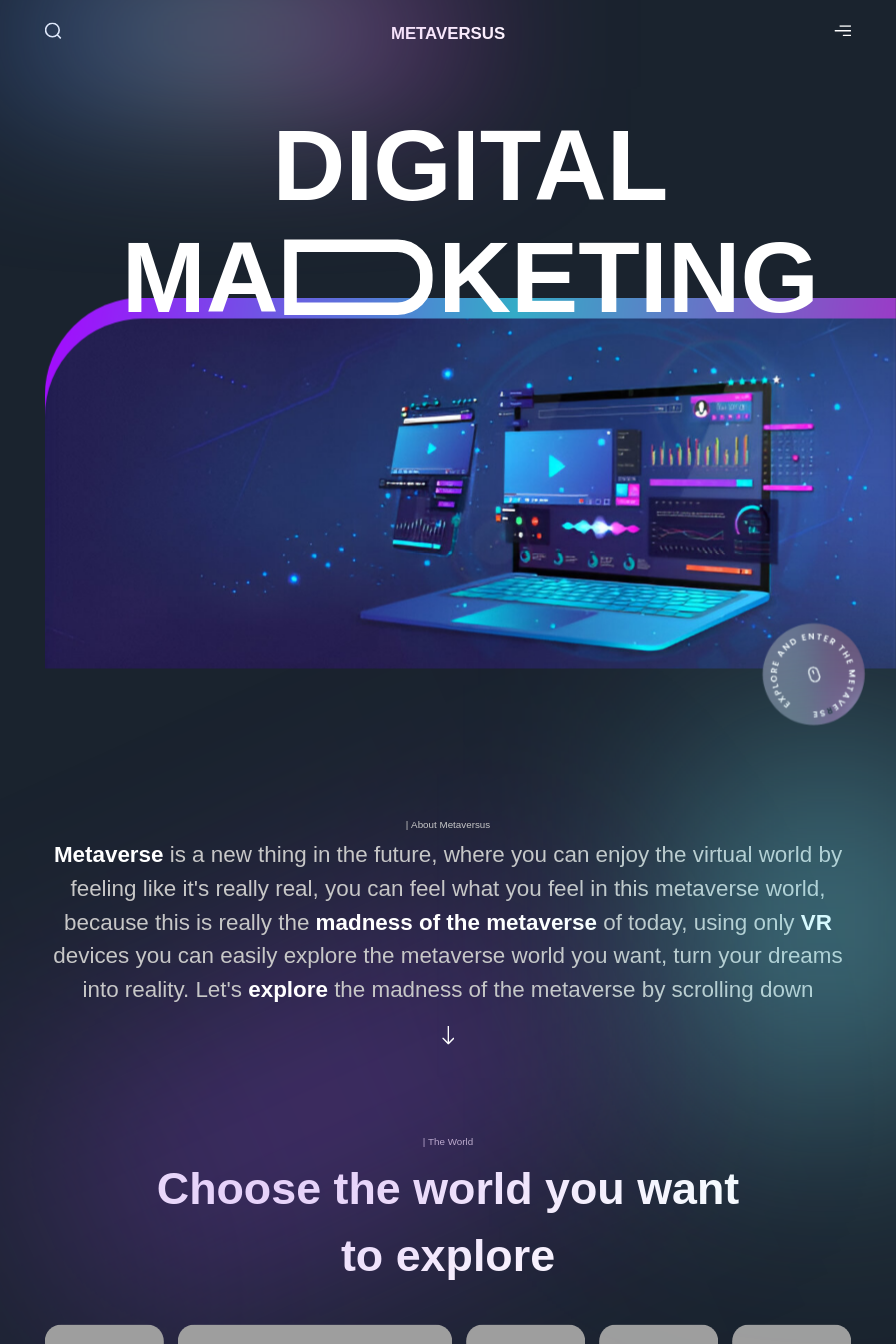
Repository: Shanuga123/metaversus
Page: /
These files come from the project's save history. The page is drawn as it stood at one moment and after the next save; the edit follows.
The browser window is 1280 px wide. The pictures show the part of the page from y = 0 to 1920 px (the page is 7254 px tall), at 70% of full size.
Pictures or frames that could not be fetched are drawn as grey boxes. Some web fonts or font styles are not loaded; a fallback is used. The project was rebuilt for these pictures with package versions that can differ from the ones it lists, and the page was loaded fresh each time. The framework's server and built-in components were replaced by stand-ins that run in the browser. Also part of the build but not shown: next.config.js.

Above is the page before, as saved 2024-08-05 19:28:21.

After the next save:
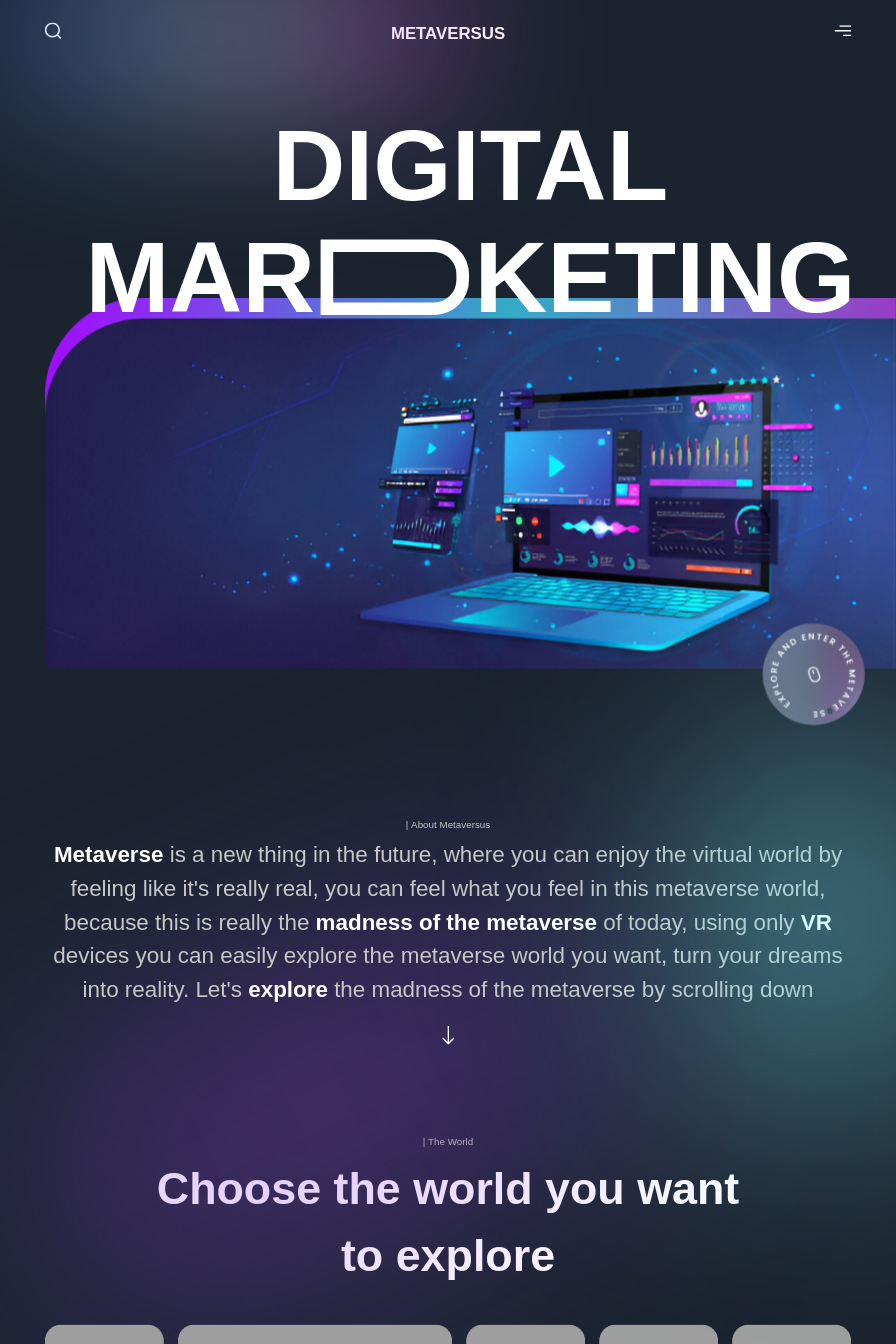
Saved 7 s later.
--- a/sections/Hero.jsx
+++ b/sections/Hero.jsx
@@ -22,7 +22,7 @@ const Hero = () => (
           variants={textVariant(1.2)}
           className="flex flex-row justify-center items-center"
         >
-          <h1 className={styles.heroHeading}>Ma</h1>
+          <h1 className={styles.heroHeading}>MaR</h1>
           <div className={styles.heroDText} />
           <h1 className={styles.heroHeading}>Keting</h1>
         </motion.div>
